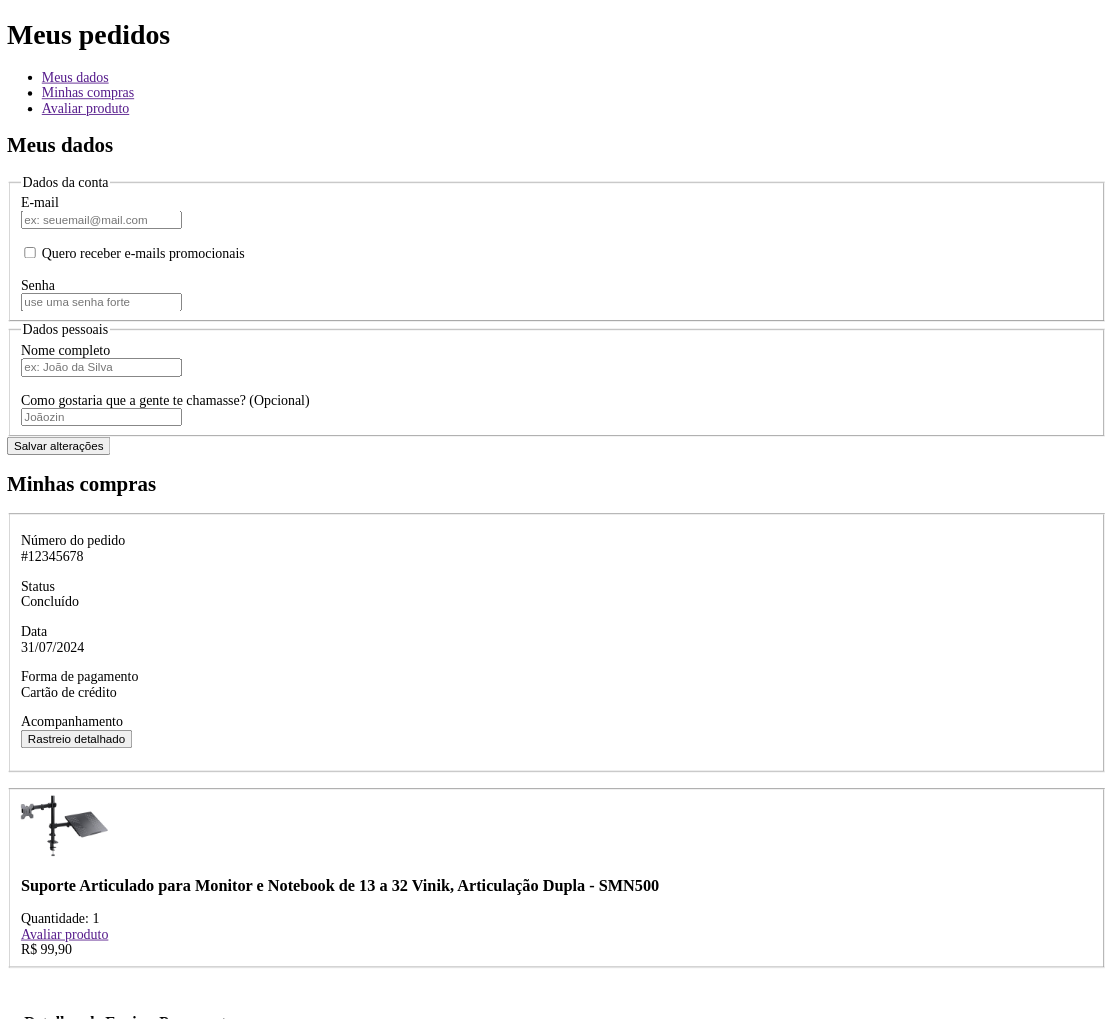
Repository: claudemir-camargo/site-compras
Page: index.html
The author's editor kept a copy of each file at every save. The page is drawn from the files as they stood at one save, then again after the next save.
The browser window is 1280 px wide. The pictures show the whole page, at 87% of full size.

Above is the page before, as saved 2024-03-03 15:44:02.

### index.html
<!DOCTYPE html>
<html lang="en">

<head>
    <meta charset="UTF-8">
    <meta name="viewport" content="width=device-width, initial-scale=1.0">
    <link rel="stylesheet" type="text/css" href="css/style.css" />
    <title>Site de Compras</title>
</head>

<body>
    <h1>Meus pedidos</h1>
    <ul>
        <li><a href="">Meus dados</a></li>
        <li><a href="">Minhas compras</a></li>
        <li><a href="">Avaliar produto</a></li>
    </ul>
    <h2>Meus dados</h2>
    <!-- Conta -->
    <fieldset>
        <legend>Dados da conta</legend>
        <form>
            <label>E-mail</label><br>
            <input type="email" id="email" name="email" placeholder="ex: seuemail@mail.com"><br><br>
            <input type="checkbox">
            <label>Quero receber e-mails promocionais</label><br><br>
            <label>Senha</label><br>
            <input type="password" placeholder="use uma senha forte">
        </form>
    </fieldset>
    <!-- Pessoais -->
    <fieldset>
        <legend>Dados pessoais</legend>
        <form>
            <label>Nome completo</label><br>
            <input type="text" placeholder="ex: João da Silva"><br><br>
            <label>Como gostaria que a gente te chamasse? (Opcional) </label><br>
            <input type="text" placeholder="Joãozin">
        </form>
    </fieldset>
    <button type="button">Salvar alterações</button>
    <!-- Minhas compras -->
    <h2>Minhas compras</h2>
    <fieldset>
        <div class="details">
            <p>Número do pedido<br>#12345678</p>
            <p>Status<br>Concluído</p>
            <p>Data<br>31/07/2024</p>
            <p>Forma de pagamento<br>Cartão de crédito</p>
            <p>Acompanhamento<br><button>Rastreio detalhado</button></p>
    </fieldset>
    <!-- Produto -->
    <br>
    <fieldset>
        <img src="img/suporte.jpg" alt="Suporte">
        <h3><p>Suporte Articulado para Monitor e Notebook de 13 a 32 Vinik,
            Articulação Dupla - SMN500</p></h3>
        Quantidade: 1<br>
        <a href="">Avaliar produto</a><br>
        R$ 99,90
    </fieldset>
    <br>
    <div class="menu">
        <h2 onclick="toggleMenu()">Detalhes de Envio e Pagamento</h2>
        <p>Endereço de entrega</p>
    </div>


</body>

</html>

### css/style.css
img {
    height: 70px;
    width: 100px;
}

.menu {
    padding: 20px;
    border-radius: 5px;
    max-width: 300px;
    max-height: 0; /* Inicialmente, ocultamos a lista de itens */
    overflow: hidden;
    transition: max-height 0.3s ease; /* Adicionamos uma transição suave */
}
.menu h2 {
    font-size: 18px;
    margin-bottom: 10px;
    cursor: pointer; /* Adicionamos um cursor de mão para indicar que é clicável */
}

After the next save:
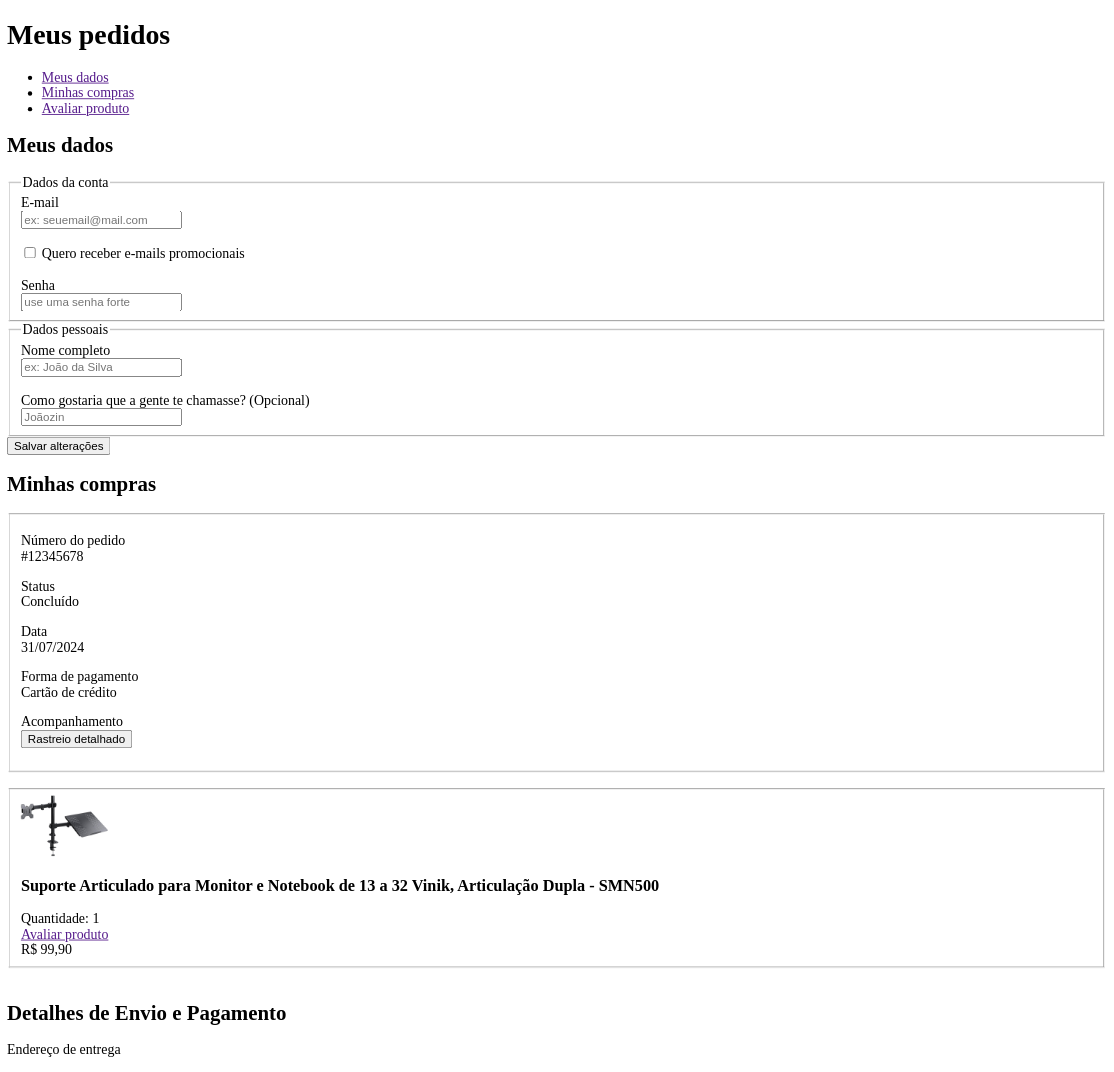
Saved 40 s later.
--- a/index.html
+++ b/index.html
@@ -60,10 +60,8 @@
         R$ 99,90
     </fieldset>
     <br>
-    <div class="menu">
-        <h2 onclick="toggleMenu()">Detalhes de Envio e Pagamento</h2>
-        <p>Endereço de entrega</p>
-    </div>
+    <h2 onclick="toggleMenu()">Detalhes de Envio e Pagamento</h2>
+    <p>Endereço de entrega</p>
 
 
 </body>
